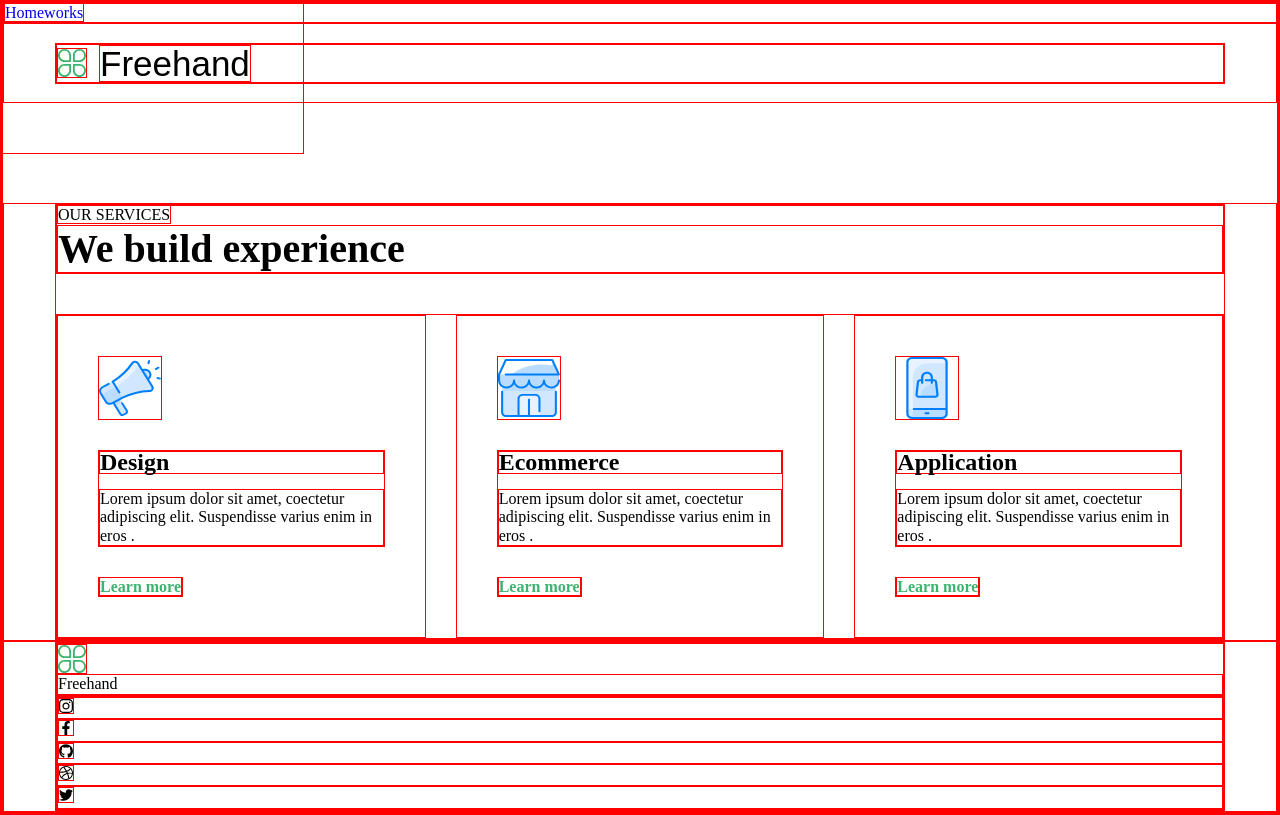
Repository: Tsiniavska/beetroot-test-project
Page: Homeworks/svg/index.html
The author's editor kept a copy of each file at every save. The page is drawn from the files as they stood at one save, then again after the next save.
The browser window is 1280 px wide. The pictures show the whole page.
Some web fonts or font styles are not loaded; a fallback is used.

Above is the page before, as saved 2024-02-28 22:35:56.

After the next save:
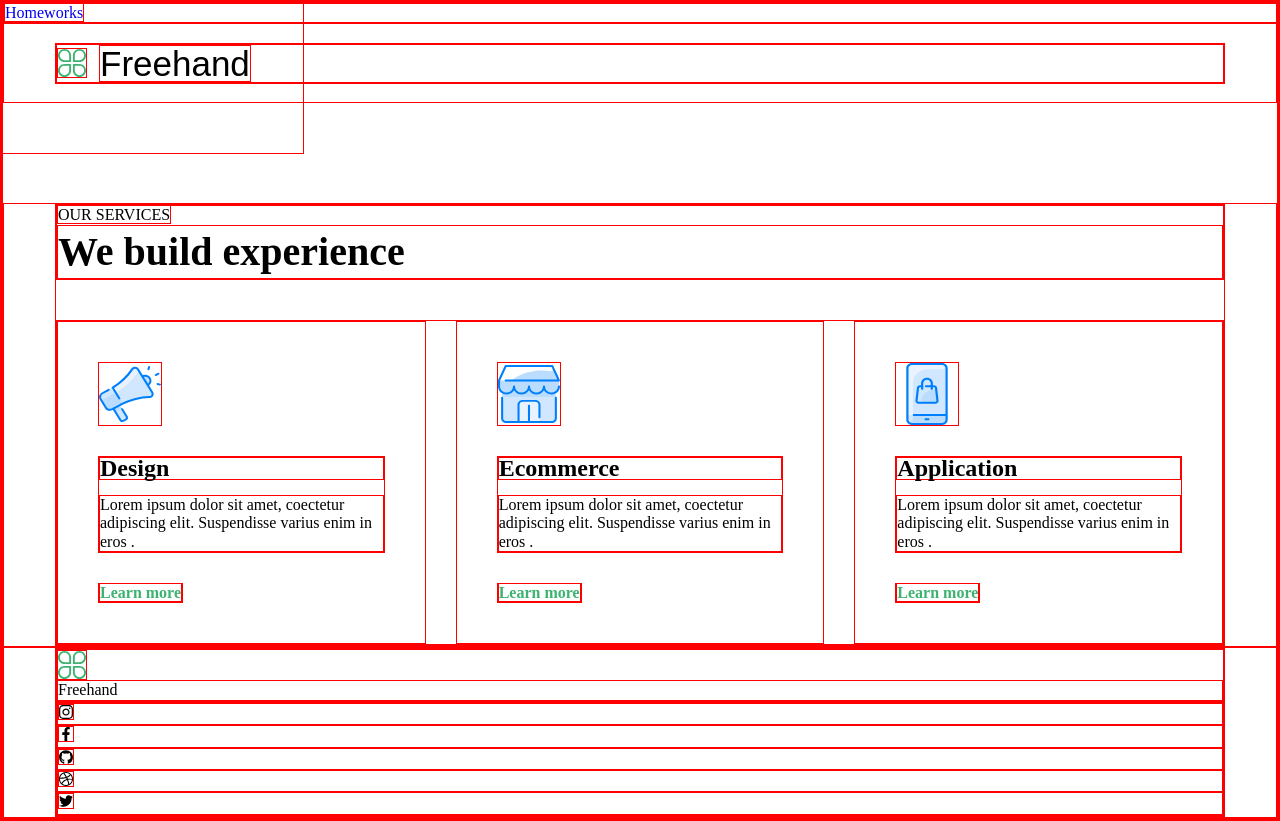
Saved 30 s later.
--- a/Homeworks/svg/index.css
+++ b/Homeworks/svg/index.css
@@ -43,6 +43,8 @@
 
 .content-title {
   font-size: 2.5em;
+  line-height: 52px;
+  font-family: var(-);
 }
 
 .content-blocks {
